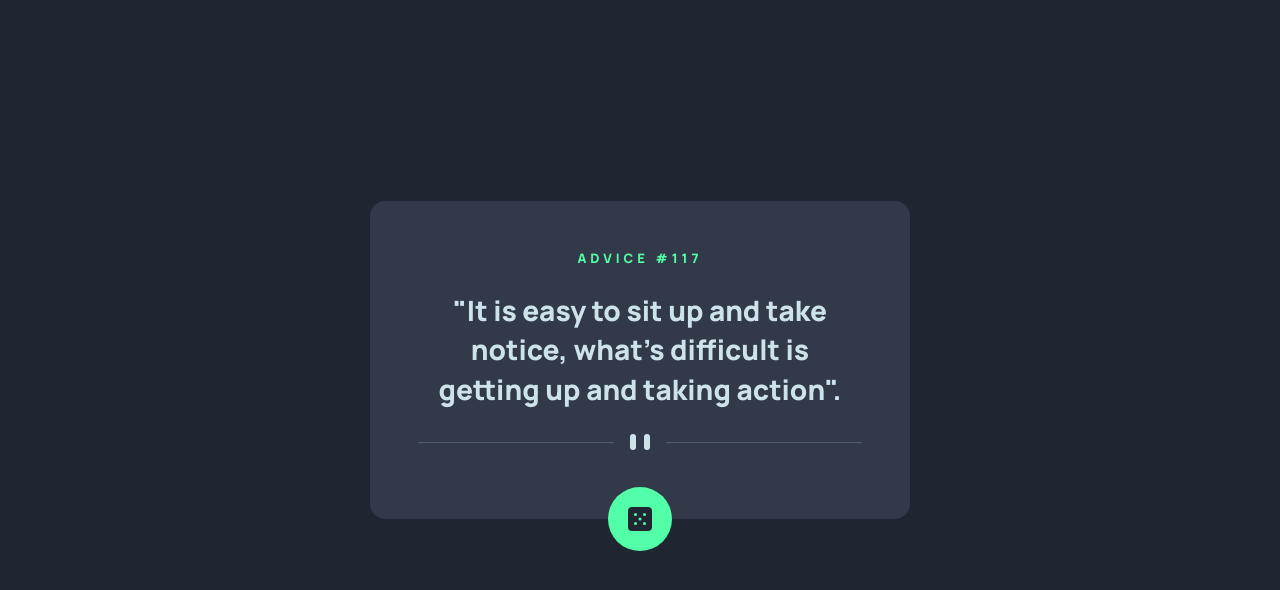
Repository: Daki-builds/advice-generator-app
Page: index.html
The author's editor kept a copy of each file at every save. The page is drawn from the files as they stood at one save, then again after the next save.
The browser window is 1280 px wide. The pictures show the whole page.

Above is the page before, as saved 2026-10-11 04:40:10.

After the next save:
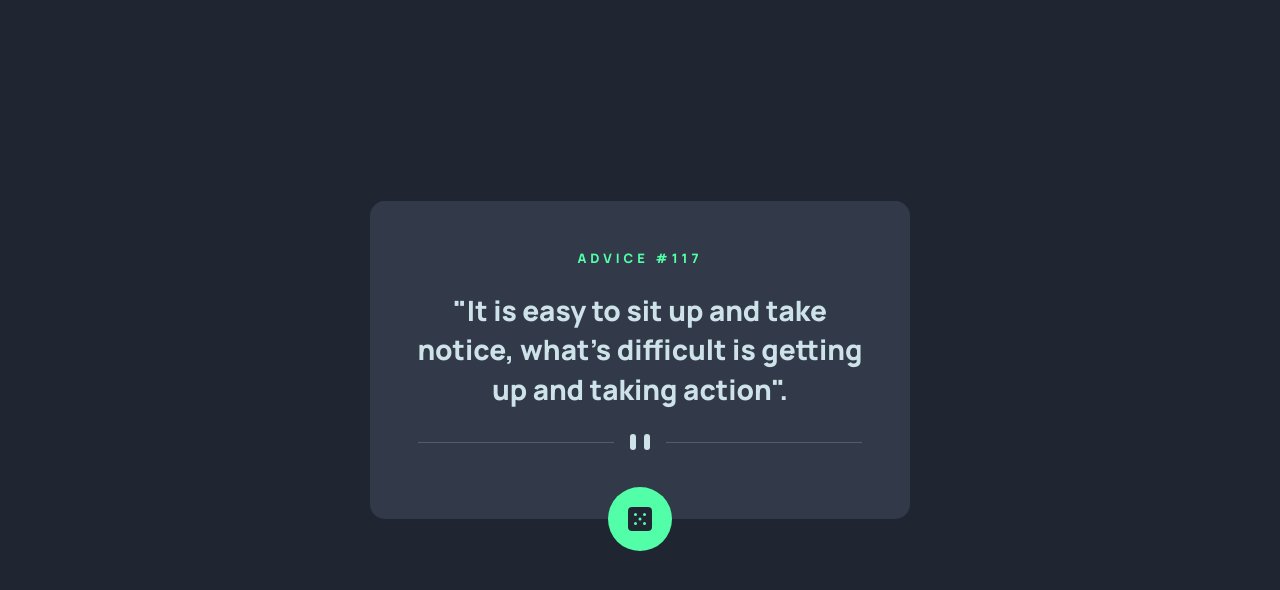
Saved 5 min 36 s later.
--- a/style.css
+++ b/style.css
@@ -52,7 +52,7 @@ h1 {
 p {
   font-size: var(--font-size);
   line-height: 1.4;
-  width: 96%;
+  width: 100%;
   color: var(--blue-200);
 }
 
@@ -83,6 +83,6 @@ button:hover {
 
 @media (min-width: 768px) {
   .container {
-    padding: 48px 48px 64px;
+    padding: 48px 40px 64px;
   }
 }
